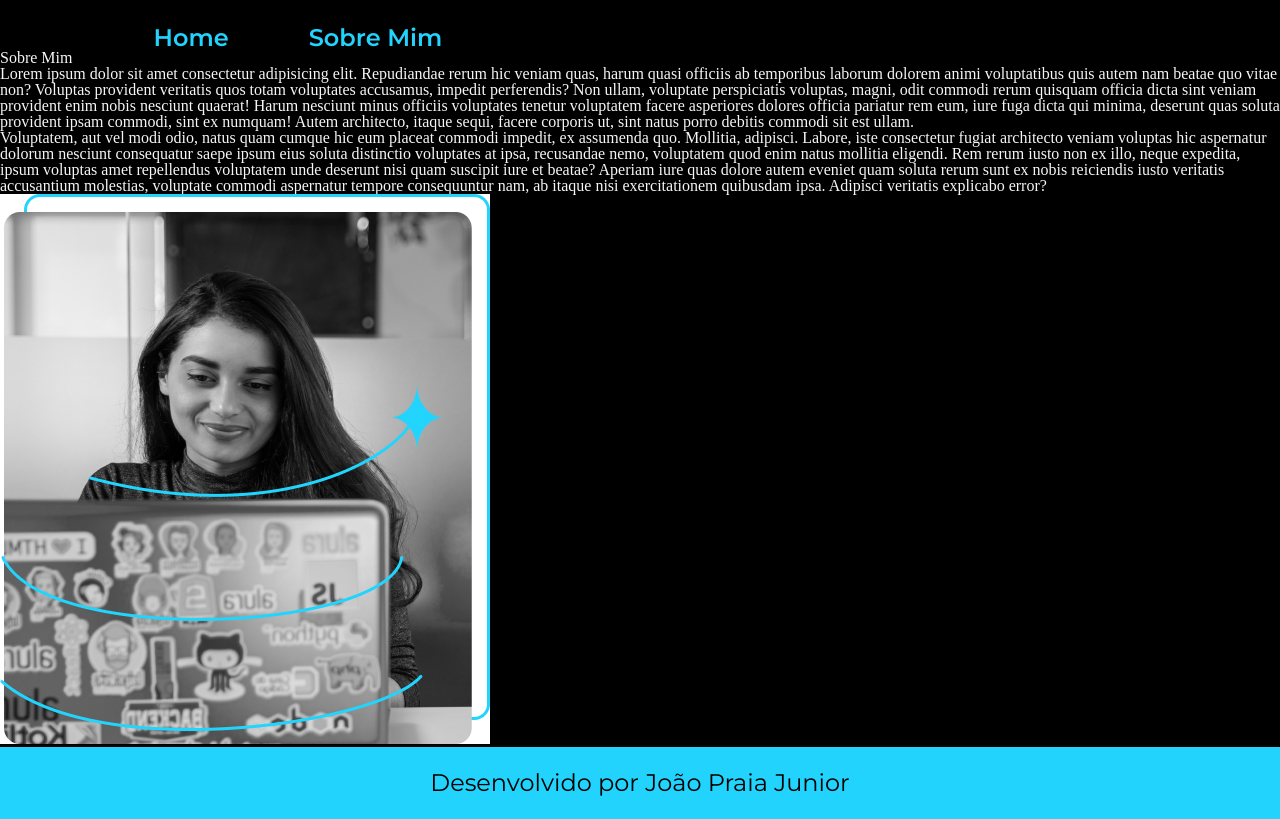
Repository: joaoPraiaJunior/html-basico
Page: about.html
The author's editor kept a copy of each file at every save. The page is drawn from the files as they stood at one save, then again after the next save.
The browser window is 1280 px wide. The pictures show the whole page.
Some web fonts or font styles are not loaded; a fallback is used. Some web libraries are served in a nearby version.

Above is the page before, as saved 2024-06-06 21:37:00.

### about.html
<!DOCTYPE html>
<html lang="pt-BR" dir="ltr">
  <head>
    <meta charset="UTF-8" />
    <meta http-equiv="X-UA-Compatible" content="IE=edge" />
    <meta name="viewport" content="width=device-width, initial-scale=1.0" />
    <title>Sobre Mim</title>
    <link rel="stylesheet" href="css/reset.css" />
    <link rel="stylesheet" href="css/style.css" />
  </head>
  <body>
    <header class="cabecalho">
      <nav class="cabecalho__menu">
        <a class="cabecalho__link" href="index.html">Home</a>
        <a class="cabecalho__link" href="about.html">Sobre Mim</a>
      </nav>
    </header>

    <main>
      <section class="sobre">
        <h1>Sobre Mim</h1>
        <p>
          Lorem ipsum dolor sit amet consectetur adipisicing elit. Repudiandae
          rerum hic veniam quas, harum quasi officiis ab temporibus laborum
          dolorem animi voluptatibus quis autem nam beatae quo vitae non?
          Voluptas provident veritatis quos totam voluptates accusamus, impedit
          perferendis? Non ullam, voluptate perspiciatis voluptas, magni, odit
          commodi rerum quisquam officia dicta sint veniam provident enim nobis
          nesciunt quaerat! Harum nesciunt minus officiis voluptates tenetur
          voluptatem facere asperiores dolores officia pariatur rem eum, iure
          fuga dicta qui minima, deserunt quas soluta provident ipsam commodi,
          sint ex numquam! Autem architecto, itaque sequi, facere corporis ut,
          sint natus porro debitis commodi sit est ullam.
        </p>
        <p>
          Voluptatem, aut vel modi odio, natus quam cumque hic eum placeat
          commodi impedit, ex assumenda quo. Mollitia, adipisci. Labore, iste
          consectetur fugiat architecto veniam voluptas hic aspernatur dolorum
          nesciunt consequatur saepe ipsum eius soluta distinctio voluptates at
          ipsa, recusandae nemo, voluptatem quod enim natus mollitia eligendi.
          Rem rerum iusto non ex illo, neque expedita, ipsum voluptas amet
          repellendus voluptatem unde deserunt nisi quam suscipit iure et
          beatae? Aperiam iure quas dolore autem eveniet quam soluta rerum sunt
          ex nobis reiciendis iusto veritatis accusantium molestias, voluptate
          commodi aspernatur tempore consequuntur nam, ab itaque nisi
          exercitationem quibusdam ipsa. Adipisci veritatis explicabo error?
        </p>
      </section>
      <section>
        <img src="images/Imagem.jpg" alt="foto da joana santos programando!" />
      </section>
    </main>

    <footer class="rodape"><p>Desenvolvido por João Praia Junior</p></footer>
  </body>
  <script
    src="https://kit.fontawesome.com/c4ee7a6e8c.js"
    crossorigin="anonymous"
  ></script>
</html>

### css/reset.css
/* http://meyerweb.com/eric/tools/css/reset/
   v2.0 | 20110126
   License: none (public domain)
*/

* {
    box-sizing: border-box;
}

html, body, div, span, applet, object, iframe,
h1, h2, h3, h4, h5, h6, p, blockquote, pre,
a, abbr, acronym, address, big, cite, code,
del, dfn, em, img, ins, kbd, q, s, samp,
small, strike, strong, sub, sup, tt, var,
b, u, i, center,
dl, dt, dd, ol, ul, li,
fieldset, form, label, legend,
table, caption, tbody, tfoot, thead, tr, th, td,
article, aside, canvas, details, embed,
figure, figcaption, footer, header, hgroup,
menu, nav, output, ruby, section, summary,
time, mark, audio, video {
	margin: 0;
	padding: 0;
	border: 0;
	font: inherit;
	vertical-align: baseline;
}
/* HTML5 display-role reset for older browsers */
article, aside, details, figcaption, figure,
footer, header, hgroup, menu, nav, section {
	display: block;
}
body {
	line-height: 1;
}
ol, ul {
	list-style: none;
}
blockquote, q {
	quotes: none;
}
blockquote:before, blockquote:after,
q:before, q:after {
	content: '';
	content: none;
}
table {
	border-collapse: collapse;
	border-spacing: 0;
}

### css/style.css
@import url("https://fonts.googleapis.com/css2?family=Krona+One&family=Montserrat:wght@400;600&display=swap");

html {
  font-size: 62.5%;
}

body {
  color: #f6f6f6;
  background-color: #000;
  font-size: 1.6rem;
}

.cabecalho {
  padding: 2% 0 0 12%;
}

.cabecalho__menu {
  display: flex;
  column-gap: 80px;
}

.cabecalho__link {
  font-family: "Montserrat", sans-serif;
  font-size: 2.4rem;
  font-weight: 600;
  text-decoration: none;
  color: #22d4fd;
}

.apresentacao {
  padding: 5% 12%;
  display: flex;
  justify-content: space-between;
  align-items: center;
}

.apresentacao__conteudo {
  display: flex;
  flex-direction: column;
  width: 615px;
  gap: 40px;
}

.apresentacao__titulo {
  color: #22d4fd;
  font-family: "Krona One", sans-serif;
  font-size: 3.6rem;
}

.apresentacao__subtitulo {
  font-family: "Krona One", sans-serif;
  font-size: 2.4rem;
  font-weight: 400;
}

.apresentacao__texto {
  font-family: "Montserrat", sans-serif;
  font-size: 2.4rem;
}

.apresentacao__links {
  display: flex;
  flex-direction: column;
  justify-content: space-between;
  align-items: center;
  row-gap: 32px;
}

.apresentacao__link {
  display: flex;
  justify-content: center;
  column-gap: 8px;
  color: #000;
  background-color: #22d4fd;
  font-family: "Montserrat", sans-serif;
  font-size: 2.4rem;
  font-weight: 600;
  padding: 21.5px 0;
  width: 378px;
  border-radius: 8px;
  text-align: center;
  text-decoration: none;
}

.apresentacao__link--transparente {
  color: #f6f6f6;
  background-color: transparent;
  border: 2px solid #22d4fd;
  transition: all 0.5s ease-in-out;
}

.apresentacao__link--transparente:hover {
  background-color: #272727;
}

.apresentacao__link--transparente .fa-brands {
  transition: color 0.5s ease-in-out;
}

.apresentacao__link--transparente:hover .fa-brands {
  color: #22d4fd;
}

img {
  max-width: 100%;
}

.rodape {
  font-family: "Montserrat", sans-serif;
  font-size: 2.4rem;
  font-weight: 400;
  color: #000;
  background-color: #22d4fd;
  padding: 24px;
  text-align: center;
}

After the next save:
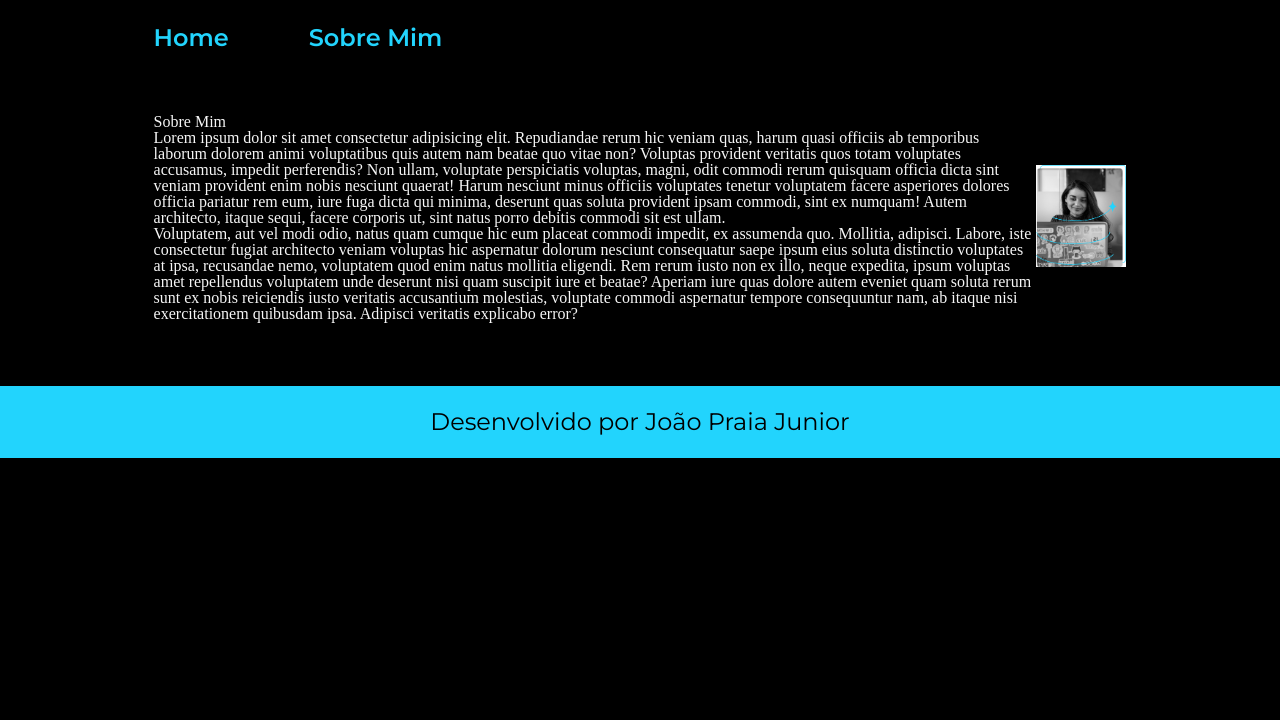
Saved 3 min 33 s later.
--- a/about.html
+++ b/about.html
@@ -16,7 +16,7 @@
       </nav>
     </header>
 
-    <main>
+    <main class="apresentacao">
       <section class="sobre">
         <h1>Sobre Mim</h1>
         <p>
